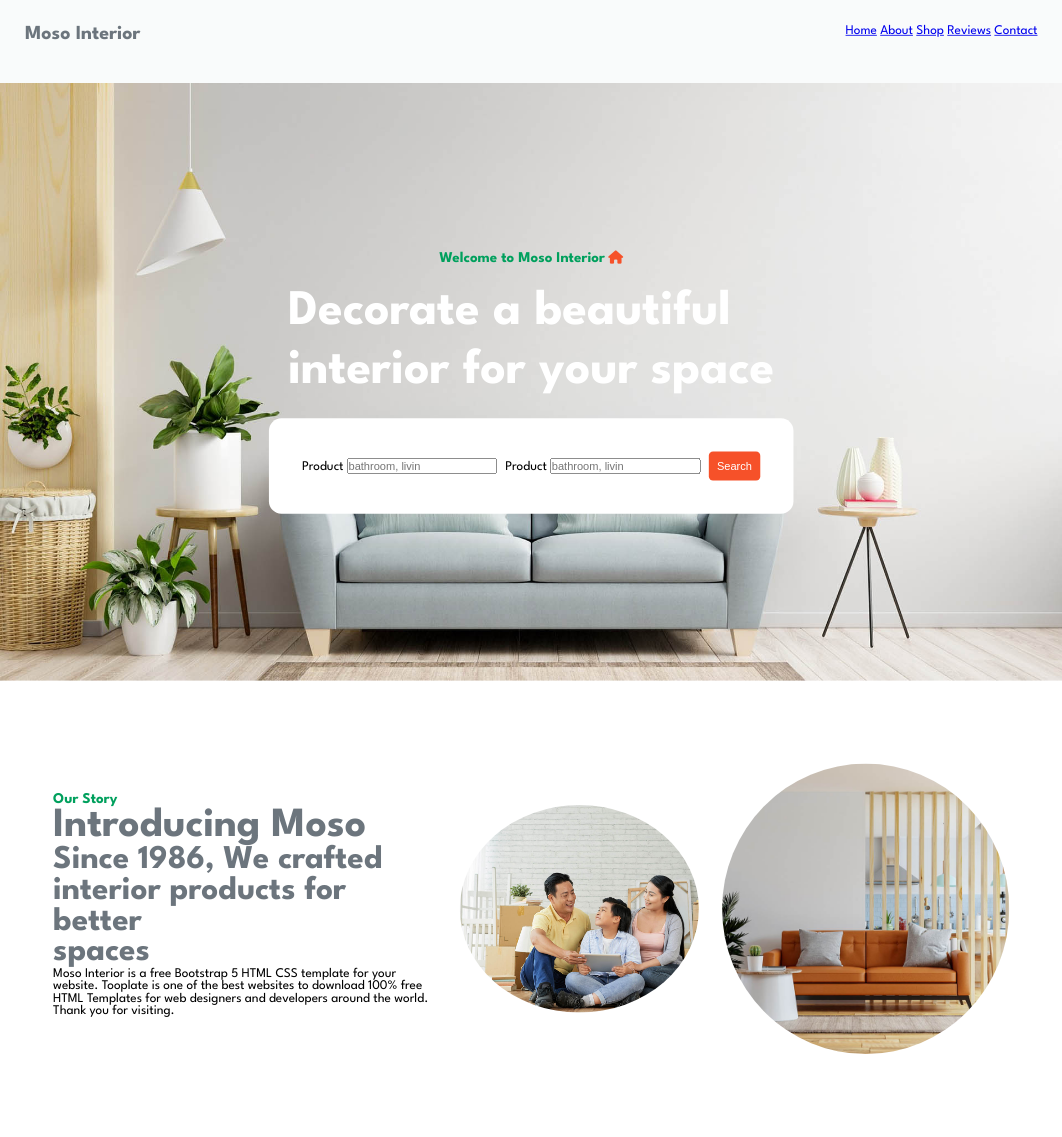
Repository: mariamnabil23/furniture
Page: index.html
The author's editor kept a copy of each file at every save. The page is drawn from the files as they stood at one save, then again after the next save.
The browser window is 1280 px wide. The pictures show the whole page, at 83% of full size.
Some web fonts or font styles are not loaded; a fallback is used.

Above is the page before, as saved 2024-10-30 16:21:35.

### index.html
<!DOCTYPE html>
<html lang="en">

<head>
    <meta charset="UTF-8">
    <meta name="viewport" content="width=device-width, initial-scale=1.0">
    <title>Furnture</title>

    <!-- font awesome -->
    <link rel="stylesheet" href="https://cdnjs.cloudflare.com/ajax/libs/font-awesome/6.0.0-beta3/css/all.min.css">

    <!-- google font -->
    <link rel="preconnect" href="https://fonts.googleapis.com">
    <link rel="preconnect" href="https://fonts.gstatic.com" crossorigin>
    <link
        href="https://fonts.googleapis.com/css2?family=Anton&family=DM+Sans:ital,opsz,wght@0,9..40,100..1000;1,9..40,100..1000&family=Inter:wght@100..900&family=Karla:ital,wght@0,200..800;1,200..800&family=League+Spartan:wght@100..900&family=Montserrat:ital,wght@0,100..900;1,100..900&family=Nunito:ital,wght@0,200..1000;1,200..1000&family=Playwrite+GB+S:ital,wght@0,100..400;1,100..400&family=Saira+Semi+Condensed:wght@100;200;300;400;500;600;700;800;900&family=Sorts+Mill+Goudy:ital@0;1&family=Tajawal:wght@200;300;400;500;700;800;900&family=Work+Sans:ital,wght@0,100..900;1,100..900&family=Yellowtail&family=Zen+Dots&display=swap"
        rel="stylesheet">


    <link rel="stylesheet" href="style.css">
</head>

<body>
    <div class="container">
        <div class="navbar">
            <div class="left">
                <h2>Moso Interior</h2>
            </div>
            <div class="right">
                <ul>
                    <li><a href="#">Home</a></li>
                    <li><a href="#">About</a></li>
                    <li><a href="#">Shop</a></li>
                    <li><a href="#">Reviews</a></li>
                    <li><a href="#">Contact</a></li>
                </ul>
            </div>
        </div>

        <!-- home section -->
        <section class="home">
            <div class="content">
                <div class="top">
                    <h5>Welcome to Moso Interior</h5>
                    <i class="fas fa-home"></i>
                </div>
                <div class="middle">
                    <h1>Decorate a beautiful <br> interior for your space</h1>
                </div>
                <div class="bottom">
                    <div class="l">
                        <label>Product</label>
                        <input placeholder="bathroom, livin">
                    </div>
                    <div class="r">
                        <label>Product</label>
                        <input placeholder="bathroom, livin">
                    </div>
                    <div class="btn">
                        <button>Search</button>
                    </div>
                    <div class="down"><i class="fas fa-arrow"></i></div>
                </div>
            </div>
        </section>

        <!-- about section -->
        <section class="about">
            <div class="content">
                <div class="left">
                    <h5>Our Story</h5>
                    <h1>Introducing Moso</h1>
                    <h2>Since 1986, We crafted <br> interior products for better <br> spaces</h2>
                    <p>Moso Interior is a free Bootstrap 5 HTML CSS template for your website. Tooplate is one of the
                        best websites to download 100% free HTML Templates for web designers and developers around the
                        world. Thank you for visiting.</p>
                </div>
                <div class="middle">
                    <img src="/images/about1.jpg">
                </div>
                <div class="right">
                    <img src="/images/about2.jpg">
                </div>
            </div>
        </section>
    </div>
</body>

</html>

### style.css
@import url('https://fonts.googleapis.com/css2?family=Anton&family=DM+Sans:ital,opsz,wght@0,9..40,100..1000;1,9..40,100..1000&family=Inter:wght@100..900&family=Karla:ital,wght@0,200..800;1,200..800&family=League+Spartan:wght@100..900&family=Montserrat:ital,wght@0,100..900;1,100..900&family=Nunito:ital,wght@0,200..1000;1,200..1000&family=Playwrite+GB+S:ital,wght@0,100..400;1,100..400&family=Saira+Semi+Condensed:wght@100;200;300;400;500;600;700;800;900&family=Sorts+Mill+Goudy:ital@0;1&family=Tajawal:wght@200;300;400;500;700;800;900&family=Work+Sans:ital,wght@0,100..900;1,100..900&family=Yellowtail&family=Zen+Dots&display=swap');


*{
    box-sizing: border-box;
    padding: 0;
    margin: 0;
}
body{
    font-family: "League Spartan", sans-serif;
}
ul{
    list-style: none;
}

.navbar{
    width: 100%;
    height: 100px;
    background-color: rgb(249, 251, 251);
    padding: 30px;
}
.navbar .left{
    float: left;
    display: inline;
}
.navbar .right{
    float: right;
    display: inline;
}
.navbar .right ul li{
    display: inline;
}


/* home */
.home{
    width: 100%;
    height: 100vh;
    background-image: url("/images/home-bg-1.jpg");
    background-size: cover;
    display: flex;
    flex-direction: column;
    align-items: center;
    justify-content: center;
    align-items: center;
}
.home .content{
    display: flex;
    flex-direction: column;
    align-items: center;
    justify-content: center;
    align-items: center;
}
.home .top h5{
    display: inline;
    color: #00a05d;
    font-size: 18px;
}
.home .top i{
    color: #f65129;
}
.home .middle h1{
    color: white;
    font-size: 60px;
    margin: 20px 0;
    line-height: 1.2;
}
.home .bottom {
    background: white;
    border-radius: 15px;
    padding: 40px;
    display: flex;
}
.home .bottom .l,
.home .bottom .r{
    margin: auto;
}
.home .bottom .r,
.home .bottom .btn{
    padding-left: 10px;
}
.home .bottom button{
    background: #f65129;
    padding: 10px;
    color: white;
    border: none;
    border-radius: 5px;
}


/* about */

.about{

}
.about .content{
    display: flex;
    justify-content: space-between;
    align-items: center;
    width: 90%;
    margin: 100px auto;
}
.about .left{
    width: 40%;
    height: 280px;
}
.about .left h5{
    color: #00a05d;
    font-size: 18px;
}
.about .middle{
    width: 25%;
    height: 250px;
}
.about .middle img{
    width: 100%;
    height: 100%;
    object-fit: cover;
    border-radius: 100%;
}
.about .right{
    width: 30%;
    height: 350px;
}
.about .right img{
    width: 100%;
    height: 100%;
    object-fit: cover;
    border-radius: 100%;
}
.about .left h1, h2{
    color: #6c757d;
}
.about .left h1{
    font-size: 50px;
}
.about .left h2{
    font-size: 40px;
    font-weight: ;

}

After the next save:
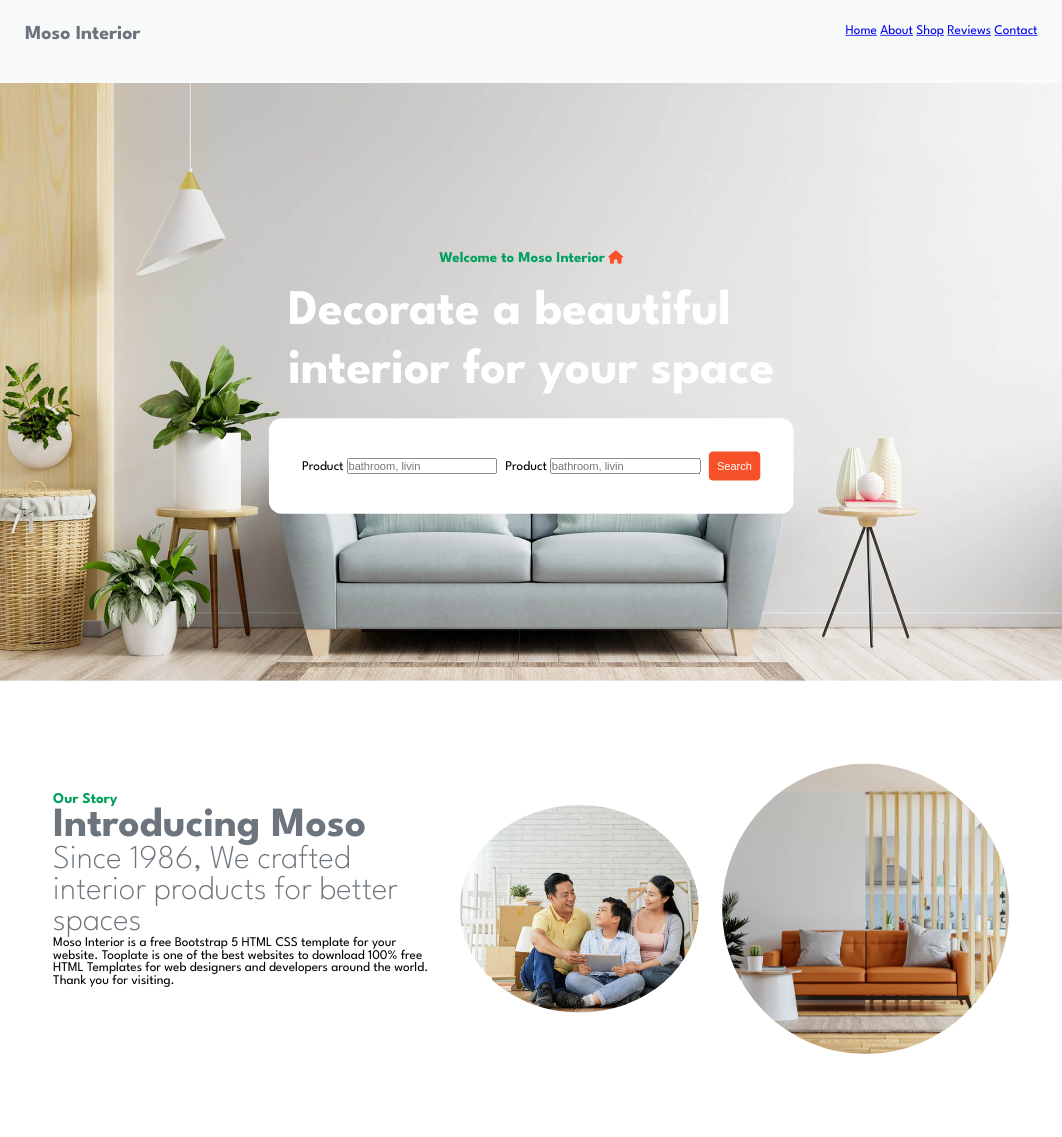
Saved 16 s later.
--- a/style.css
+++ b/style.css
@@ -136,6 +136,6 @@ ul{
 }
 .about .left h2{
     font-size: 40px;
-    font-weight: ;
+    font-weight: 200;
 
 }
